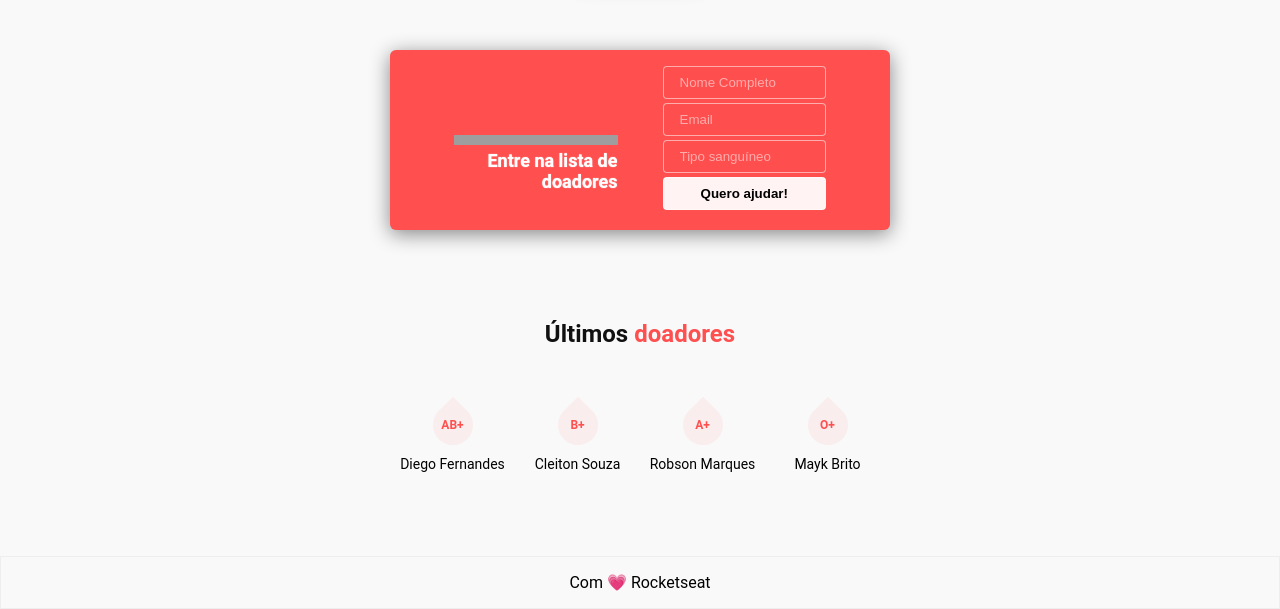
Repository: lucas-silva-dev/Doe
Page: index.html
The author's editor kept a copy of each file at every save. The page is drawn from the files as they stood at one save, then again after the next save.
The browser window is 1280 px wide. The pictures show the part of the page from y = 459 to 1068 px (the page is 1068 px tall).
Pictures or frames that could not be fetched are drawn as grey boxes. A picture or video elsewhere on the page could not be fetched, so the positions and the page height are approximate. Some web fonts or font styles are not loaded; a fallback is used.

Above is the page before, as saved 2020-02-18 18:02:13.

After the next save:
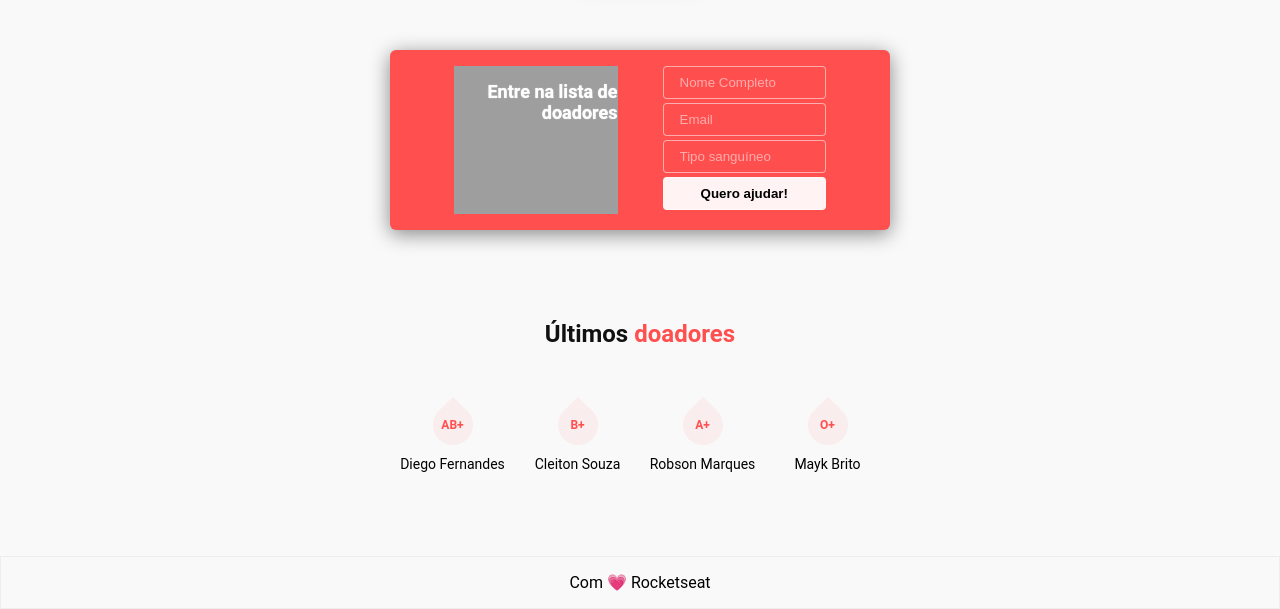
Saved 10 s later.
--- a/style.css
+++ b/style.css
@@ -108,7 +108,7 @@ section.form {
 section.form div.heart {
   background-image: url(heart.png);
   width: 100%;
-  height: 10px;
+  height: 100%;
 }
 
 form input,
